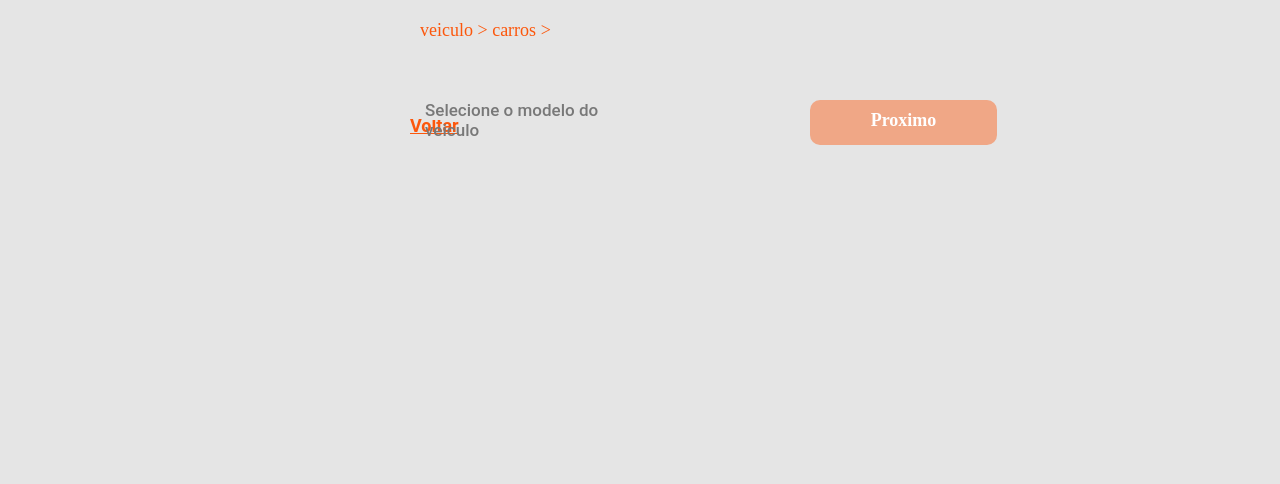
Repository: KevynMarques/Consumindo-API-CARROS
Page: /Page3
An editor plug-in stored every save of this project. The page is shown before and after a run of saves, followed by the edit.
The browser window is 1280 px wide. The pictures show the whole page.
The project was rebuilt for these pictures with package versions that can differ from the ones it lists, and the page was loaded fresh each time. Also part of the build but not shown: src/Pages/Page1/index.jsx, src/Services/api.jsx, src/Pages/Page2/index.jsx.

Above is the page before, as saved 2022-04-01 18:52:35.

### public/index.html
<!DOCTYPE html>
<html lang="pt-br">
  <head>
    <meta charset="utf-8" />
    <link rel="icon" href="%PUBLIC_URL%/favicon.ico" />
    <meta name="viewport" content="width=device-width, initial-scale=1" />
    <meta name="theme-color" content="#000000" />
    <meta
      name="description"
      content="Web site created using create-react-app"
    />
    <link rel="apple-touch-icon" href="%PUBLIC_URL%/logo192.png" />
    <!--
      manifest.json provides metadata used when your web app is installed on a
      user's mobile device or desktop. See https://developers.google.com/web/fundamentals/web-app-manifest/
    -->
    <!--
      Notice the use of %PUBLIC_URL% in the tags above.
      It will be replaced with the URL of the `public` folder during the build.
      Only files inside the `public` folder can be referenced from the HTML.

      Unlike "/favicon.ico" or "favicon.ico", "%PUBLIC_URL%/favicon.ico" will
      work correctly both with client-side routing and a non-root public URL.
      Learn how to configure a non-root public URL by running `npm run build`.
    -->
    <title>Locadora</title>
  </head>
  <body>
    <noscript>You need to enable JavaScript to run this app.</noscript>
    <div id="root"></div>
    <!--
      This HTML file is a template.
      If you open it directly in the browser, you will see an empty page.

      You can add webfonts, meta tags, or analytics to this file.
      The build step will place the bundled scripts into the <body> tag.

      To begin the development, run `npm start` or `yarn start`.
      To create a production bundle, use `npm run build` or `yarn build`.
    -->
  </body>
</html>

### src/App.jsx
import React from 'react';
import { GlobalStyle } from './GlobalStyle';
import Router from './Routers/router';
import { CustomContextProvider } from './context/custom';


function App() {


  return (
    <>
    <CustomContextProvider>
    <Router />
    </CustomContextProvider>
    <GlobalStyle />
    </>
  );
}

export default App;

### src/GlobalStyle.jsx
import { createGlobalStyle } from 'styled-components';

 export const GlobalStyle = createGlobalStyle`
  * {
    margin: 0;
    padding: 0;
    box-sizing: border-box;
    background: #E5E5E5;
  }
`;

### src/Routers/router.jsx
import { BrowserRouter, Routes, Route } from "react-router-dom";
import Page1 from "../Pages/Page1";
import Page2 from "../Pages/Page2";
import Page3 from "../Pages/Page3";


export default () => {
  return (
    <>
    <BrowserRouter >
    <Routes >
      <Route path="/" element={<Page1 />} />
      <Route path="/Page2" element={<Page2 />} />
      <Route path="/Page3" element={<Page3 /> } />
    </Routes>
    </BrowserRouter>
    </>
  );
}

### src/context/custom.jsx
import { createContext } from "react";
import { useState } from "react";

export const CustomContext  = createContext();

export function CustomContextProvider ({children}) {

  const [veiculo, setVeiculo] = useState('carros')
  const [nome, setNome] = useState('')
  const [codigo, setCodigo] = useState('')
  const [marcas, setMarcas] = useState([])
  const [ver, setVer] = useState(false);

   return (
     <CustomContext.Provider value={{
       veiculo, setVeiculo, nome, setNome,
       codigo, setCodigo, marcas, setMarcas,
       ver, setVer
       }}>
       {children}
     </CustomContext.Provider>
   );
}

### src/Pages/Page3/index.jsx
import React, {useContext} from "react";
import { Sequencia, TextSelectP2 } from "../../Components/Textos/Style";
import { CustomContext } from "../../context/custom";
import {BotaoProximo, TextProximo ,  BotaoVoltar} from '../../Components/BotoesGenericos/style'
import { useNavigate } from "react-router-dom";


export default () => {
  const navigate = useNavigate();
  const  {veiculo, nome, codigo} = useContext(CustomContext);
  return (
    <>
    <Sequencia>veiculo {'>'} {veiculo} {'>'} {nome} </Sequencia>
    <TextSelectP2 style={{marginTop: 30}} >
        Selecione o modelo do veiculo
    </TextSelectP2>

    <BotaoProximo
    onClick={()=> navigate("/Page3")}
    disabled={ codigo  ? false : true}  >
       <TextProximo>Proximo</TextProximo>
    </BotaoProximo>

    <BotaoVoltar  onClick={()=>navigate("/")}>
           Voltar
    </BotaoVoltar>
    </>
  );
}

### src/Components/Textos/Style.jsx
import styled from 'styled-components'



export const  Ola = styled.h1 `
position: absolute;
width: 53px;
height: 41px;
left: 460px;
top: 57px;
font-family: 'Roboto', sans-serif;
font-style: normal;
font-weight: bold;
font-size: 35px;
line-height: 41px;
color: #686868;
`;

export const BemVindo = styled.h2 `
font-family: 'Roboto', sans-serif;
position: absolute;
width: 342px;
height: 29px;
left: 460px;
top: 98px;
font-style: normal;
font-weight: 600;
font-size: 25px;
line-height: 29px;
color: #686868;
`;

export const DescPage1 = styled.p `
position: absolute;
width: 361px;
height: 47px;
left: 460px;
top: 150px;
font-style: normal;
font-weight: normal;
font-size: 16px;
line-height: 19px;
color: #686868;

`;

export const TextVeiculo = styled.p `
position: absolute;
left: 535px;
top: 471px;
font-style: normal;
font-weight: bold;
font-size: 50px;
line-height: 47px;
color: #686868;
font-family: 'Roboto', sans-serif;
background: #FAFAFA;
`;


/* ELEMENTOS DA PAGINA ---------------------------------------------------- 2 */

export const TextSelectP2  = styled.p `
position: absolute;
width: 210px;
height: 20px;
left: 425px;
top: 70px;
font-family: 'Roboto';
font-style: normal;
font-weight: 500;
font-size: 17px;
line-height: 20px;
color: #787878;

`;

export const TextButtonP2 = styled.p `
position: absolute;
width: 45px;
height: 18px;
left: 20px;
font-family: 'Roboto';
font-style: normal;
font-weight: 700;
font-size: 15px;
line-height: 18px;
color: #686868;
background: #FAFAFA;
`;

export const TextSelectMarca = styled.p `

position: absolute;
width: 222px;
height: 20px;
left: 425px;
top: 255px;
font-family: 'Roboto';
font-style: normal;
font-weight: 500;
font-size: 17px;
line-height: 20px;
color: #787878;

`;

export const DadosAPi = styled.p `
font-weight: bold;
font-size: 16px;
color:#FC570C;
text-align: center;
padding-top: 6px;
padding-left: 5px;
padding-right: 5px;
background-color: white;
border-radius: 20px;

`;


export  const Sequencia = styled.p `
position: absolute;
left: 420px;
top: 20px;
font-style: normal;
font-weight: normal;
font-size: 18px;
line-height: 21px;
color: #FC570C;
`;


/* ELEMENTOS DA PAGINA ---------------------------------------------------- 3 */

### src/Components/BotoesGenericos/style.jsx
import styled from "styled-components"


export const BotaoVermais = styled.div `
width: 75px;
height: 18px;
margin-left: 415px;
font-family: 'Roboto';
font-style: normal;
font-weight: 400;
font-size: 15px;
line-height: 18px;
text-decoration-line: underline;
color: #FC570C;
cursor: pointer;
margin-top: 20px;
`;


export const BotaoProximo = styled.div `
width: 187px;
height: 45px;
background:${props => props.disabled? 'rgba(252, 87, 12, 0.44);' : '#FC570C' };
border-radius: 10px;
text-align: center;
display: flex;
justify-content: center;
margin-left:810px;
margin-top: 100px;
cursor: pointer;

`;

export const TextProximo = styled.p `

font-style: normal;
font-weight: bold;
font-size: 18px;
line-height: 21px;
color: #FFFFFF;
background: none;
margin-top:10px;

`;


export const BotaoVoltar = styled.div `
width: 49px;
height: 21px;
font-family: 'Roboto';
font-style: normal;
font-weight: 700;
font-size: 18px;
line-height: 21px;
text-decoration-line: underline;
color: #FC570C;
margin-left: 410px;
margin-top: -30px;
margin-bottom: 25px;
cursor: pointer;
`;

### src/Components/Containers/style.jsx
import styled from "styled-components"

export const BotaoPage1 = styled.div `
position: absolute;
width: 366px;
height: 315px;
left: 450px;
top: 225px;
background: #FAFAFA;
border: 1px solid #FC570C;
box-sizing: border-box;
border-radius: 10px;
cursor: pointer;

img {
    width: 250px;
    height: 250px;
    background: #FAFAFA;
    margin-left: 60px;
    margin-top: 20px;
    }
`;




/* ----------------------- ELEMNTOS DA PAGINA 2 -------------------*/

export const ButtonP2 = styled.div `
position: absolute;
width: 110px;
height: 110px;
left: 460px;
top: 110px;
background: #FAFAFA;
border:${props => props.disabled ? ' 1px solid #eb1a1a' : ' 0px solid #ffffff'};
box-sizing: border-box;
border-radius: 10px;
cursor: pointer;

img {
  width: 80px;
  height: 80px;
  background-color: #FAFAFA;
 margin-left: 13px;
}
`;


export const Marcas = styled.div`
height: 30px;
background-color:white;
border-radius: 10px;
margin:10px;
width: 180px;
cursor: pointer;
border:${props => props.disabled ? ' 1px solid #eb1a1a' : ' 0px solid #ffffff'};
`;


export const Organizador = styled.div `
   margin-top: 300px;
   flex-direction: row;
   flex-wrap: wrap;
   display: flex;
   width: 600px;
   margin-left: 400px;
`;




/* ----------------------------------- ELEMNTOS DA PAGINA 3 -----------------------------------------*/

Loaded but not shown: src/index.js (common file)

After the next 10 saves:
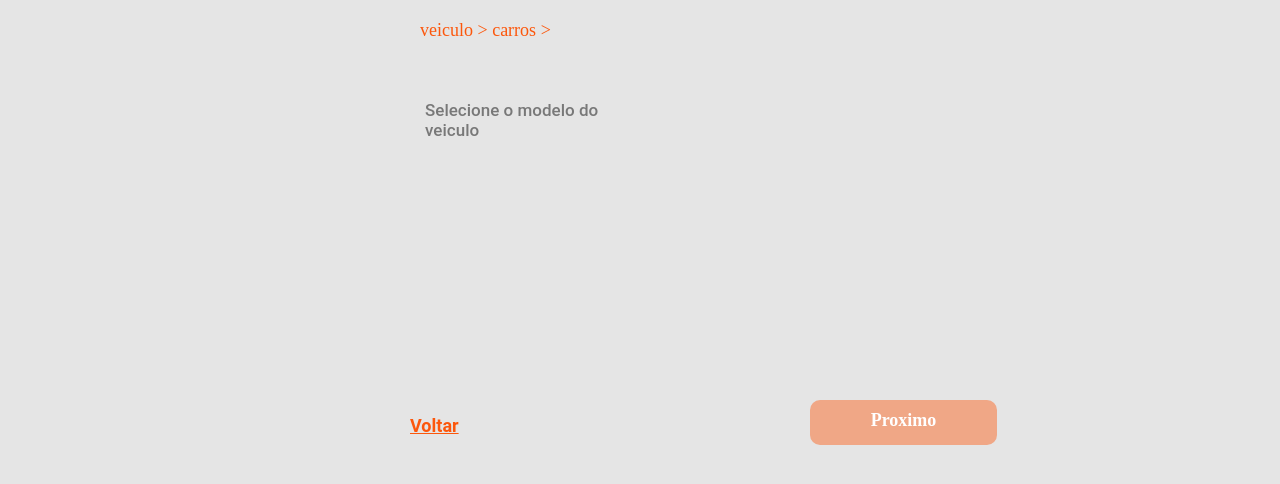
The 10 saves are shown as one change because 5 did not build or start and some came seconds apart.
The last was saved 4 min 32 s later.
--- a/src/Pages/Page3/index.jsx
+++ b/src/Pages/Page3/index.jsx
@@ -1,19 +1,51 @@
 import React, {useContext} from "react";
-import { Sequencia, TextSelectP2 } from "../../Components/Textos/Style";
+import { Sequencia, TextSelectP2, DadosAPi} from "../../Components/Textos/Style";
 import { CustomContext } from "../../context/custom";
 import {BotaoProximo, TextProximo ,  BotaoVoltar} from '../../Components/BotoesGenericos/style'
 import { useNavigate } from "react-router-dom";
+import {Organizador, Marcas} from '../../Components/Containers/style'
 
 
 export default () => {
   const navigate = useNavigate();
-  const  {veiculo, nome, codigo} = useContext(CustomContext);
+  const  {veiculo, nome, codigo, ver, marcas} = useContext(CustomContext);
   return (
     <>
     <Sequencia>veiculo {'>'} {veiculo} {'>'} {nome} </Sequencia>
     <TextSelectP2 style={{marginTop: 30}} >
         Selecione o modelo do veiculo
     </TextSelectP2>
+
+    <Organizador>
+        { ver ? marcas.map((marca, key)=>{
+          return  (
+
+              <Marcas
+              disabled={ codigo === marca.codigo ? true : false }
+              onClick={()=>( Selected(marca.codigo, marca.nome))}
+              key={key} >
+              <DadosAPi>
+              {marca.nome}
+              </DadosAPi>
+               </Marcas>
+
+          )
+        }) : marcas.map((marca, key)=> {
+
+          return  (
+
+            <Marcas
+            disabled={ codigo === marca.codigo  ? true : false}
+            onClick={()=> ( Selected(marca.codigo, marca.nome))}
+             key={key}>
+            <DadosAPi>
+            {marca.nome}
+            </DadosAPi>
+             </Marcas>
+
+        )}).splice(0,5)}
+
+         </Organizador>
 
     <BotaoProximo
     onClick={()=> navigate("/Page3")}
